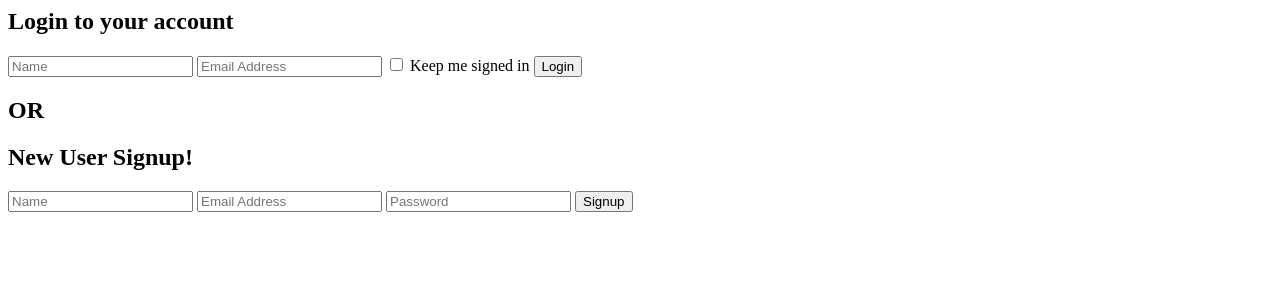
Repository: PaulLabat/RenTech
Page: http://localhost/RenTech/views/login.jsp
The author's editor kept a copy of each file at every save. The page is drawn from the files as they stood at one save, then again after the next save.
The browser window is 1280 px wide. The pictures show the whole page.
The page is served by Tomcat 9. Other server files are loaded and not shown.

Above is the page before, as saved 2014-10-27 17:16:51.

### RenTech/WebContent/views/login.jsp
	<section id="form"><!--form-->
		<div class="container">
			<div class="row">
				<div class="col-sm-4 col-sm-offset-1">
					<div class="login-form"><!--login form-->
						<h2>Login to your account</h2>
						<form action="#">
							<input type="text" placeholder="Name" />
							<input type="email" placeholder="Email Address" />
							<span>
								<input type="checkbox" class="checkbox">
								Keep me signed in
							</span>
							<button type="submit" class="btn btn-default">Login</button>
						</form>
					</div><!--/login form-->
				</div>
				<div class="col-sm-1">
					<h2 class="or">OR</h2>
				</div>
				<div class="col-sm-4">
					<div class="signup-form"><!--sign up form-->
						<h2>New User Signup!</h2>
						<form action="#">
							<input type="text" placeholder="Name"/>
							<input type="email" placeholder="Email Address"/>
							<input type="password" placeholder="Password"/>
							<button type="submit" class="btn btn-default">Signup</button>
						</form>
					</div><!--/sign up form-->
				</div>
			</div>
		</div>
	</section><!--/form-->

After the next save:
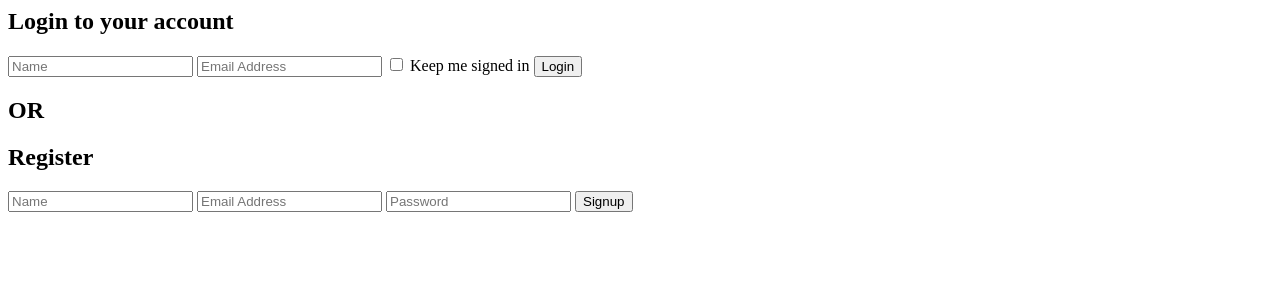
Saved 3 min 40 s later.
--- a/RenTech/WebContent/views/login.jsp
+++ b/RenTech/WebContent/views/login.jsp
@@ -20,7 +20,7 @@
 				</div>
 				<div class="col-sm-4">
 					<div class="signup-form"><!--sign up form-->
-						<h2>New User Signup!</h2>
+						<h2>Register</h2>
 						<form action="#">
 							<input type="text" placeholder="Name"/>
 							<input type="email" placeholder="Email Address"/>
